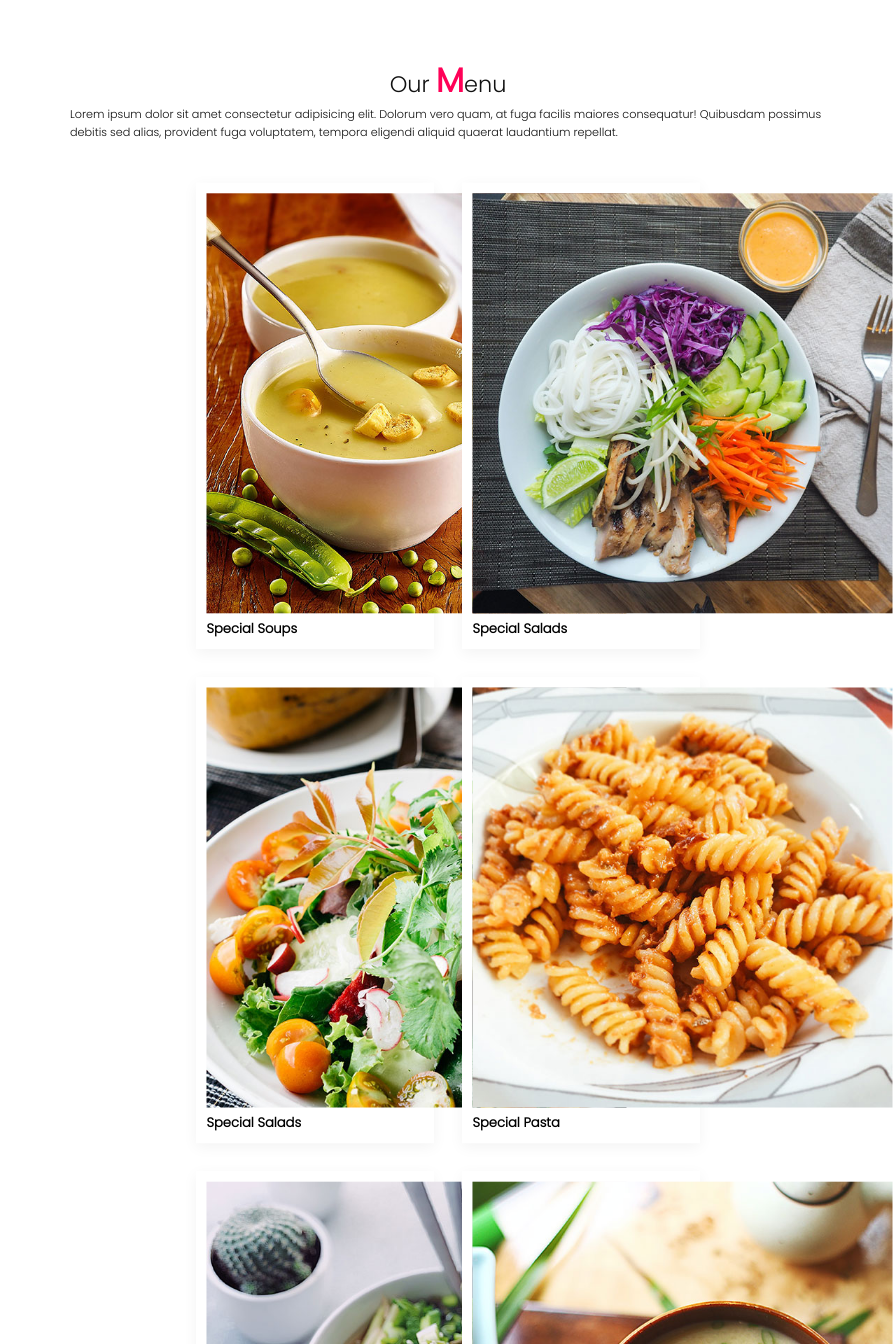
Repository: Adriandias1997/MobileFriendly_FoodWebsite
Page: index.html
The author's editor kept a copy of each file at every save. The page is drawn from the files as they stood at one save, then again after the next save.
The browser window is 1280 px wide. The pictures show the part of the page from y = 1313 to 3233 px (the page is 3817 px tall), at 70% of full size.

Above is the page before, as saved 2020-10-16 16:33:43.

After the next save:
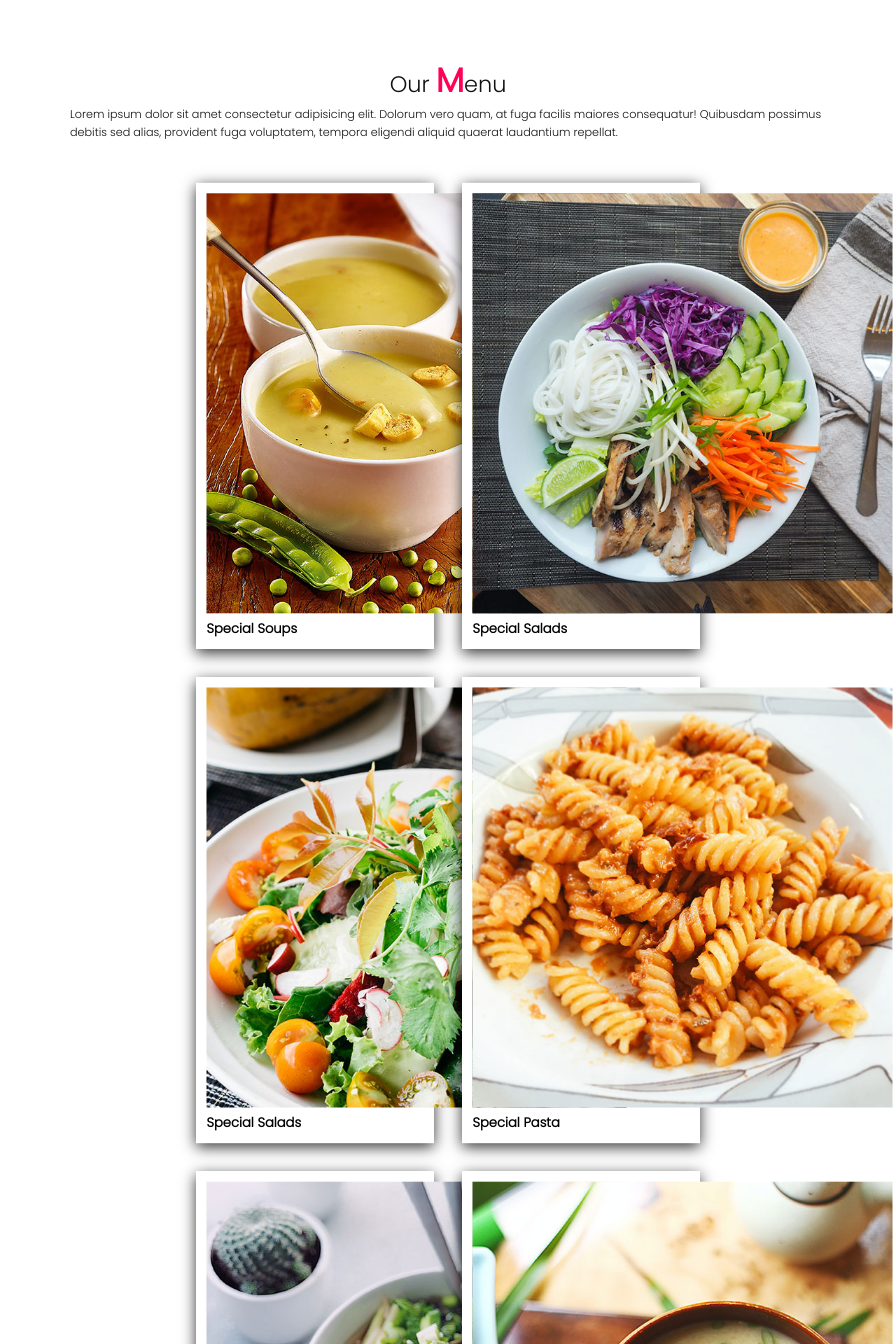
Saved 16 s later.
--- a/style.css
+++ b/style.css
@@ -184,5 +184,5 @@
     width: 340px;
     margin: 20px;
     border: 15px solid #fff;
-    box-shadow: 0 5px 20px rgba(0, 0, 0, 0.05);
+    box-shadow: 0 5px 20px rgba(0, 0, 0, 0.8);
 }

After the save that followed:
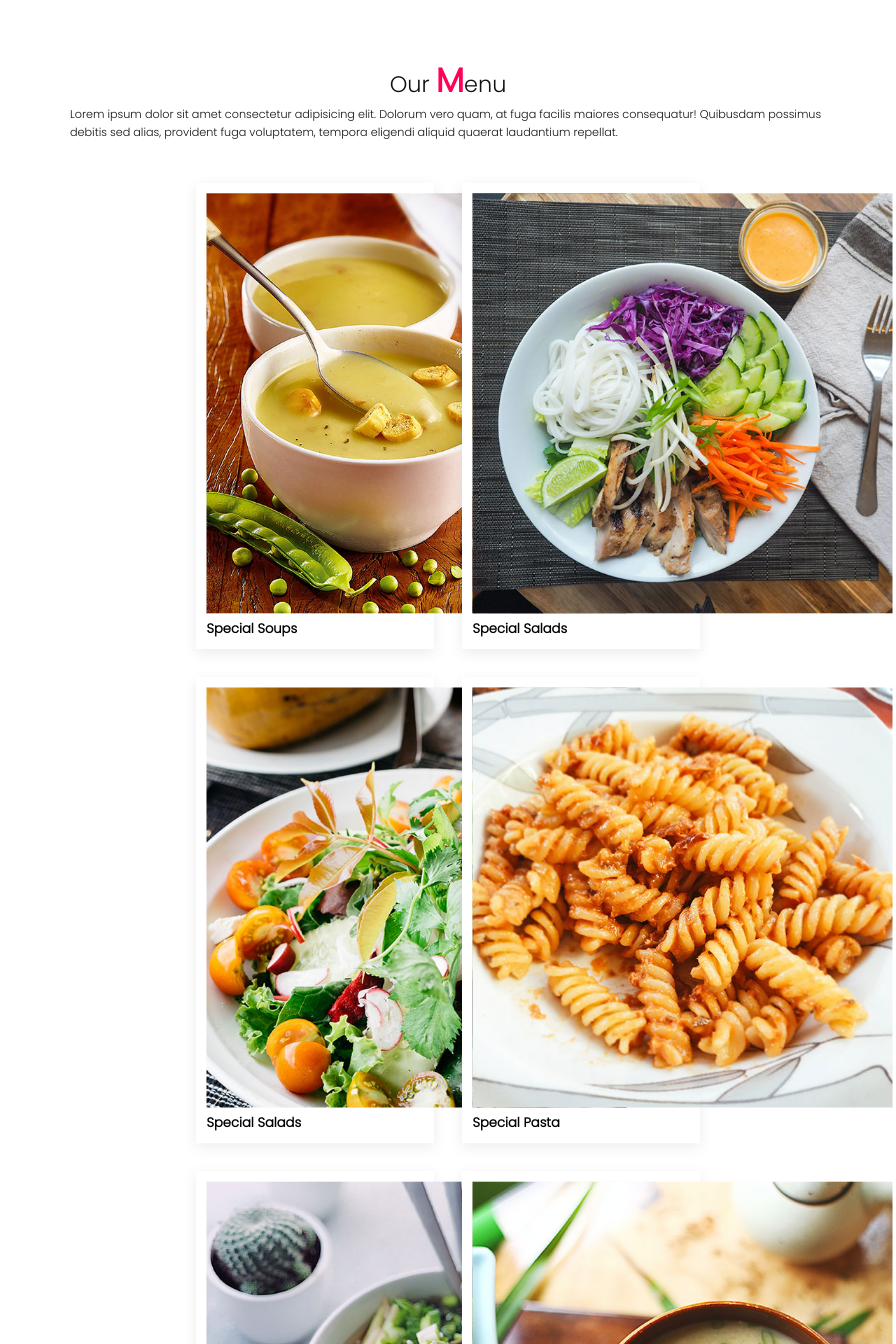
Saved 10 s later.
--- a/style.css
+++ b/style.css
@@ -184,5 +184,5 @@
     width: 340px;
     margin: 20px;
     border: 15px solid #fff;
-    box-shadow: 0 5px 20px rgba(0, 0, 0, 0.8);
+    box-shadow: 0 5px 20px rgba(0, 0, 0, 0.08);
 }
